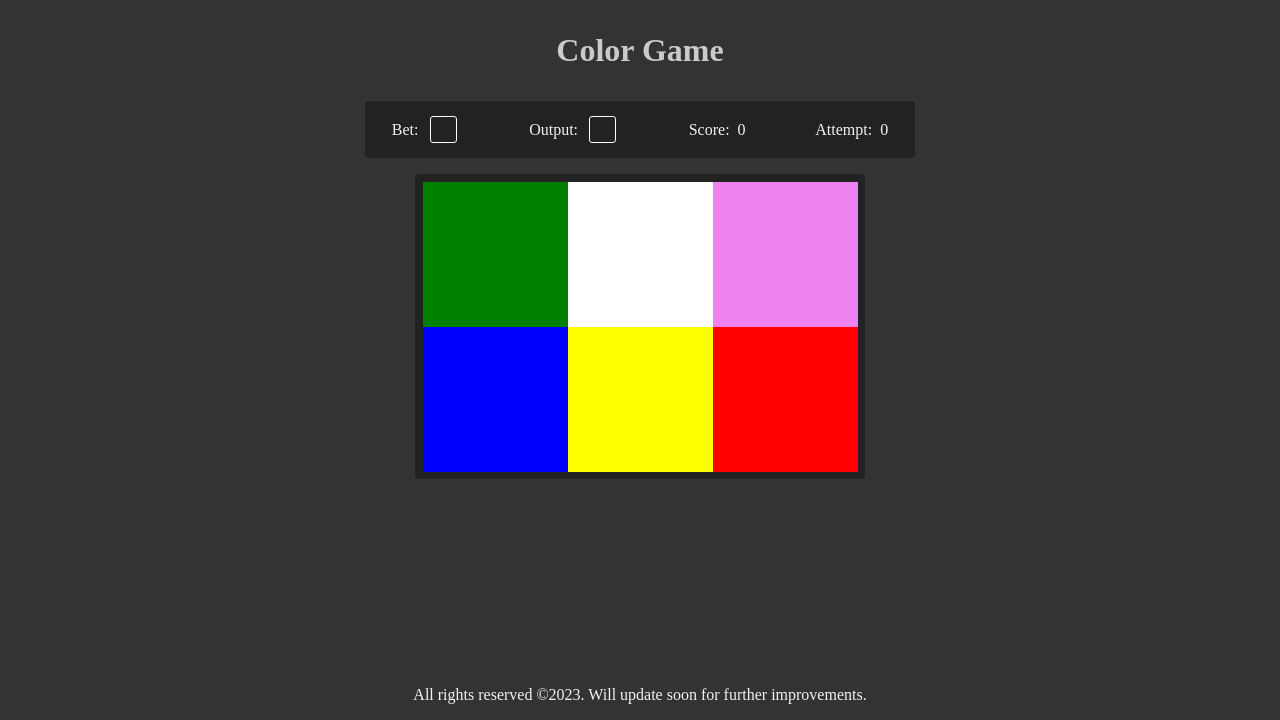
Repository: Pxych09/Simple-Game-VanillaJS
Page: Simple Web Game/color-game.html
An editor plug-in stored every save of this project. The page is shown before and after the next save, followed by the edit.
The browser window is 1280 px wide. The pictures show the whole page.

Above is the page before, as saved 2023-10-03 12:11:47.

After the next save:
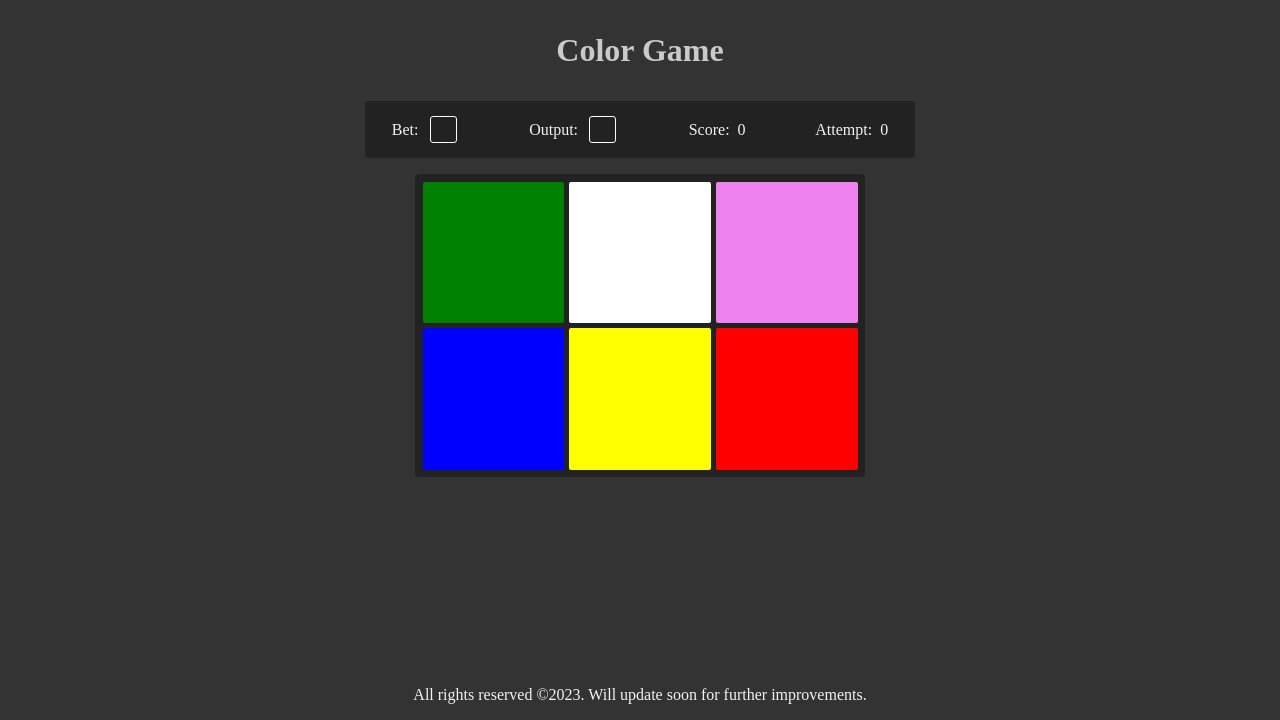
Saved 33 s later.
--- a/Simple Web Game/css/styles.css
+++ b/Simple Web Game/css/styles.css
@@ -84,7 +84,7 @@ button.btn-roll-color{
     --gap: 5px;
     display: grid;
     grid-template-columns: repeat(3, 1fr);
-    /* gap: var(--gap);  */
+    gap: var(--gap);
     width: min(100%, var(--mx-width));
     background: #222;
     padding: calc(var(--gap) * 1.5);
@@ -95,7 +95,7 @@ button.btn-roll-color{
     background-color: #cacaca;
     aspect-ratio: 1;
     margin: 0;
-    /* border-radius: var(--radius); */
+    border-radius: var(--radius);
 }
 .container-colors .box-colors div:hover{
     opacity: .8;
